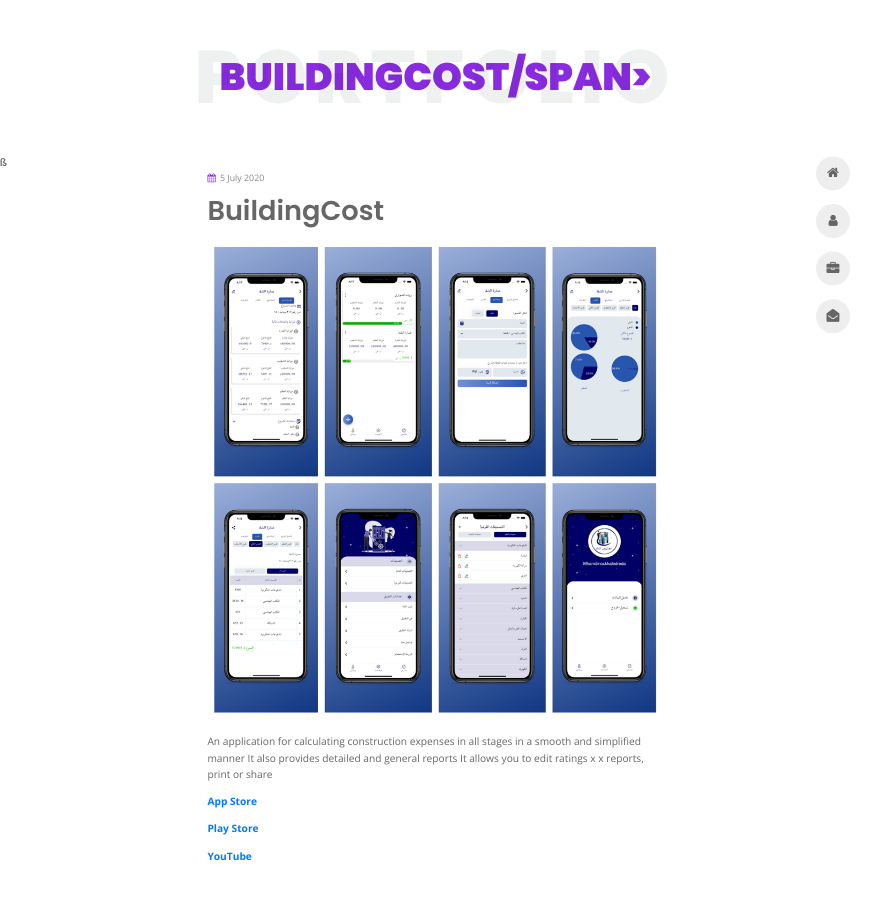
Repository: mhamdimno/mywebsite
Page: projects/Mawjood/index.html
An editor plug-in stored every save of this project. The page is shown before and after the next save, followed by the edit.
The browser window is 1280 px wide. The pictures show the whole page, at 68% of full size.

Above is the page before, as saved 2021-09-10 15:08:35.

After the next save:
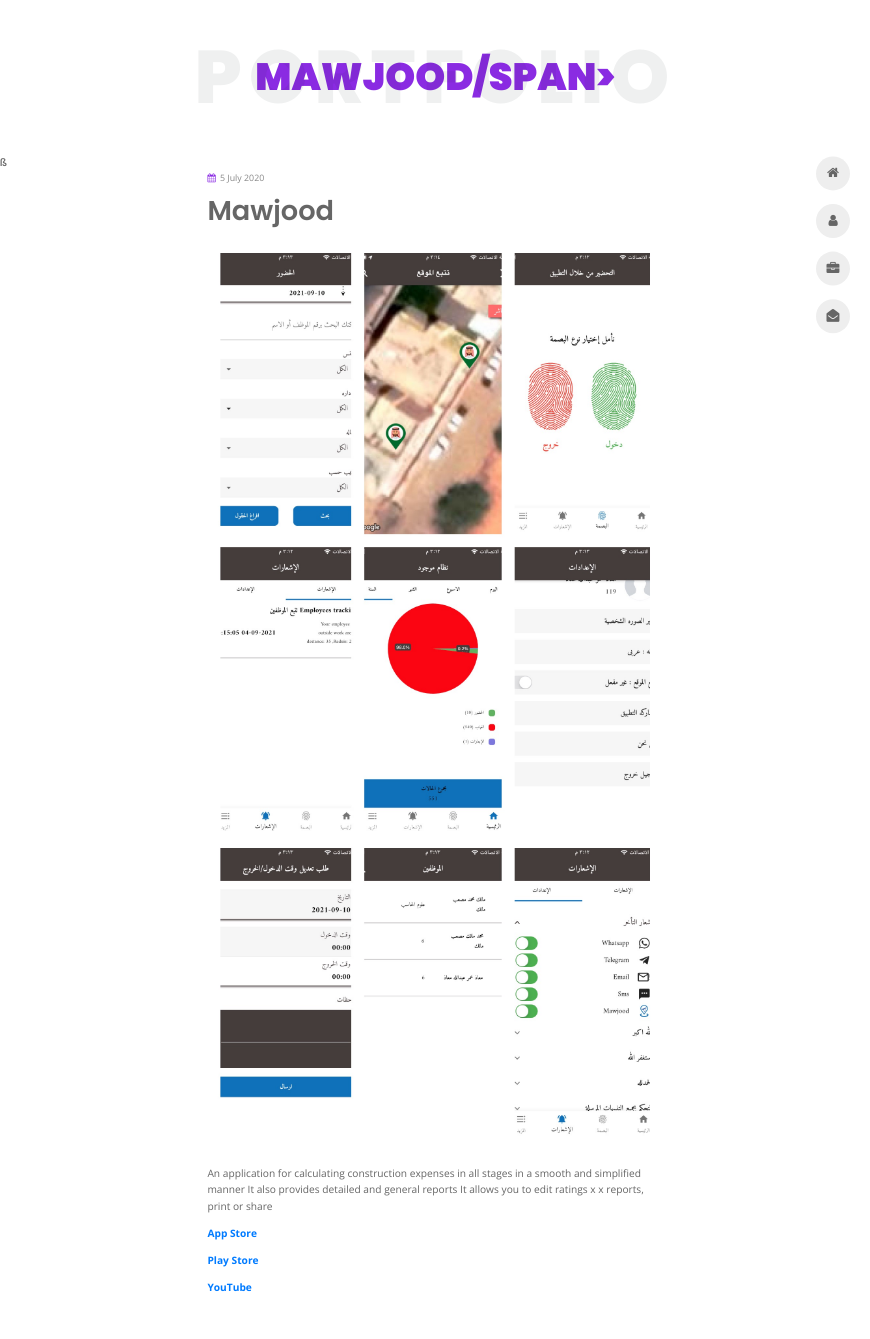
Saved 9 min 7 s later.
--- a/projects/Mawjood/index.html
+++ b/projects/Mawjood/index.html
@@ -3,7 +3,7 @@
 
 <head>
     <meta charset="utf-8">
-    <title>Portfoilio | buildingCost</title>
+    <title>Portfoilio | Mawjood</title>
     <meta name="viewport" content="width=device-width, initial-scale=1">
 
     <!-- Template Google Fonts -->
@@ -75,7 +75,7 @@
 <!-- Header Ends -->
 <!-- Page Title Starts -->
 <section class="title-section text-left text-sm-center revealator-slideup revealator-once revealator-delay1">
-    <h1><span>buildingCost/span></h1>
+    <h1><span>Mawjood/span></h1>
     <span class="title-bg">Portfolio</span>
 </section>ß
 <!-- Page Title Ends -->
@@ -92,9 +92,9 @@
                 </div>
                 <!-- Meta Ends -->
                 <!-- Article Content Starts -->
-                    <h1 class="text-uppercase text-capitalize">buildingCost</h1>
+                    <h1 class="text-uppercase text-capitalize">Mawjood</h1>
 
-                <img src="../../img/projects/buildingCost.jpg" class="img-fluid" alt="Blog image"/>
+                <img src="../../img/projects/Mawjood.jpg" class="img-fluid" alt="Blog image"/>
                 <div class="blog-excerpt open-sans-font pb-5">
                     <p>
                         An application for calculating construction expenses in all stages in a smooth and simplified manner
